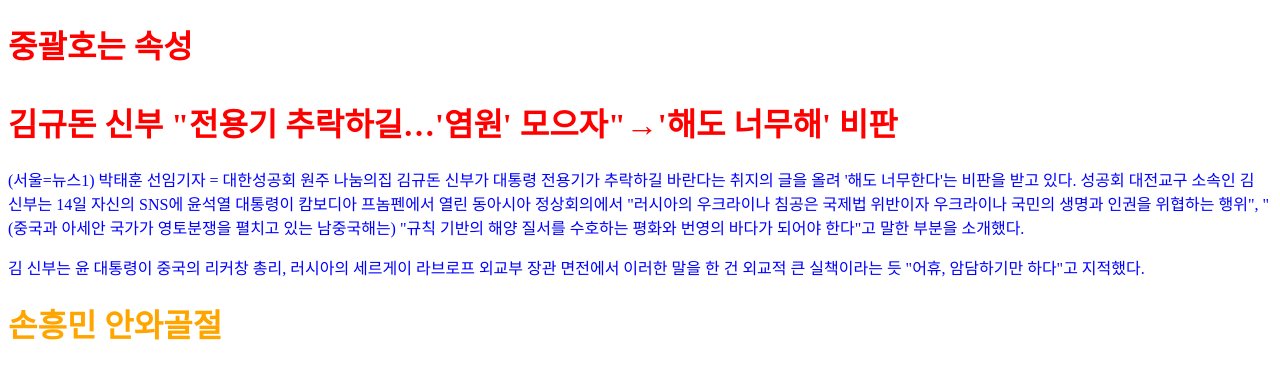
Repository: Junhee1412/front_end_practice
Page: jquery, bootstrap/js01_jquery/public/js02_selector.html
These files come from the project's save history. The page is drawn as it stood at one moment and after the next save; the edit follows.
The browser window is 1280 px wide. The pictures show the whole page.

Above is the page before, as saved 2022-11-14 04:07:50.

After the next save:
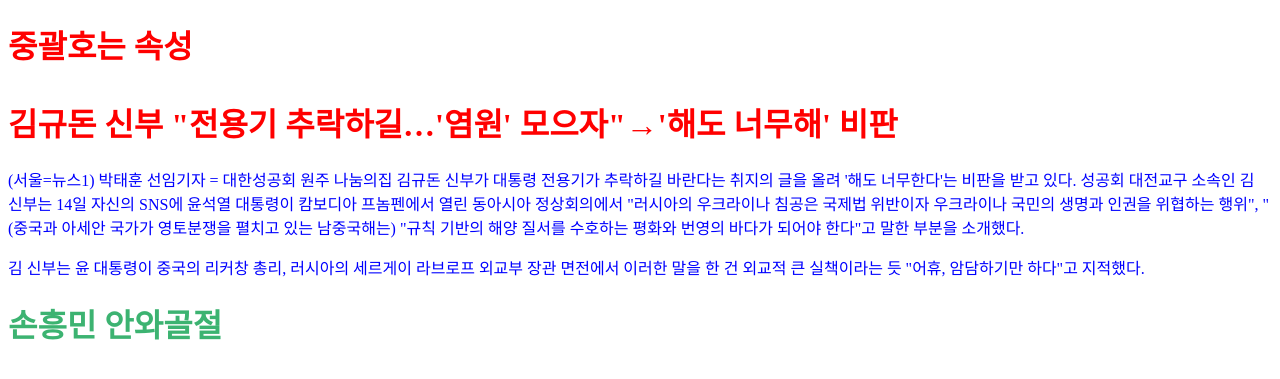
Saved 62 s later.
--- a/jquery, bootstrap/js01_jquery/public/js02_selector.html
+++ b/jquery, bootstrap/js01_jquery/public/js02_selector.html
@@ -12,6 +12,7 @@
 			$('h1').css('color', 'red');//getElementsTagName('h1').css();
 			$('p').css('color', 'blue');
 			$('#target').css('color', 'orange');//getElementById().css();
+			$('h1#target').css('color', 'mediumseagreen');
 		});
 	</script>
 </head>
